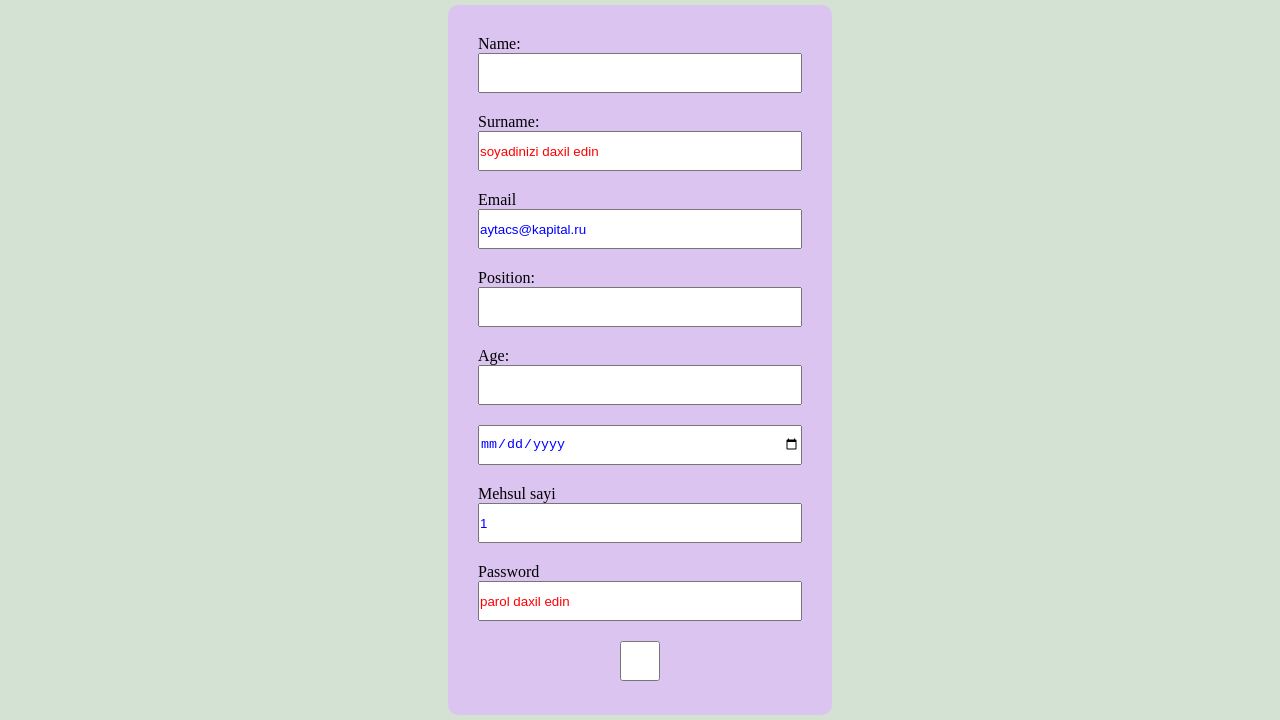
Repository: AytacSafarova/Form-lesson
Page: index.html
The author's editor kept a copy of each file at every save. The page is drawn from the files as they stood at one save, then again after the next save.
The browser window is 1280 px wide. The pictures show the whole page.

Above is the page before, as saved 2023-08-29 14:46:25.

After the next save:
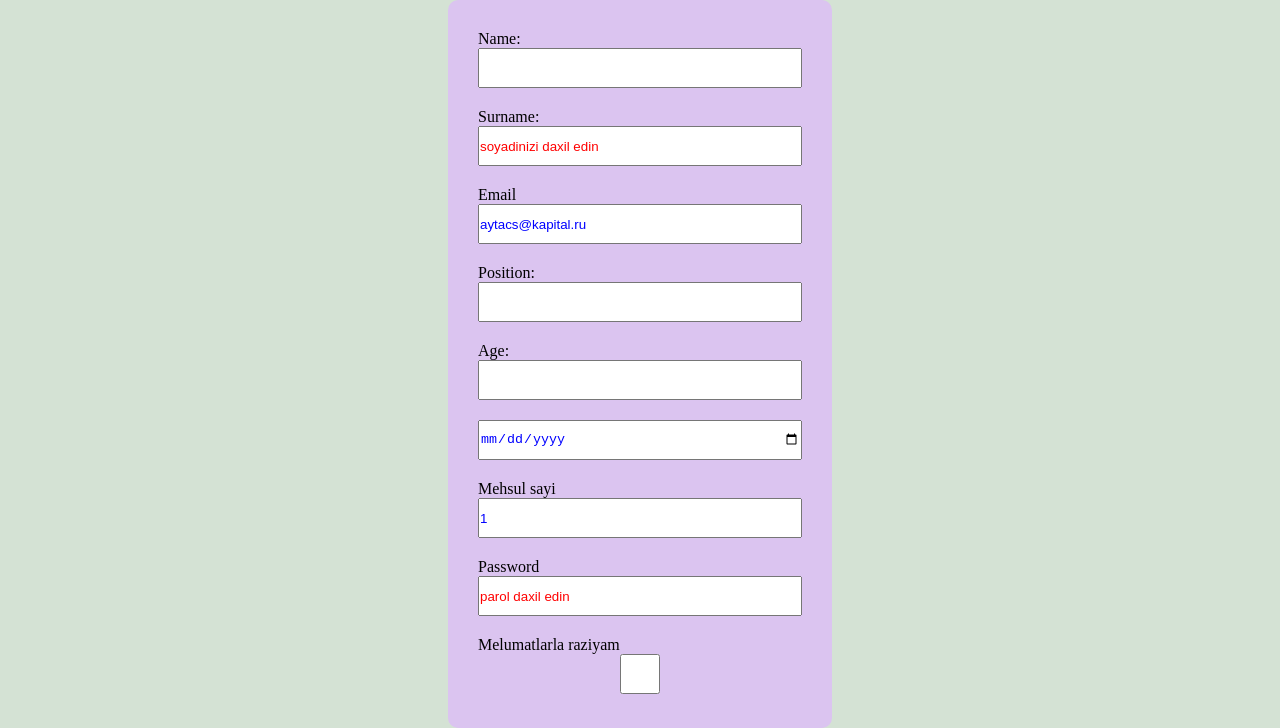
Saved 8 s later.
--- a/index.html
+++ b/index.html
@@ -50,7 +50,7 @@
           <input placeholder="parol daxil edin" type="password" />
         </label>
         <label for="">
-
+            Melumatlarla raziyam
             <input type="checkbox">
         </label>
       </form>
